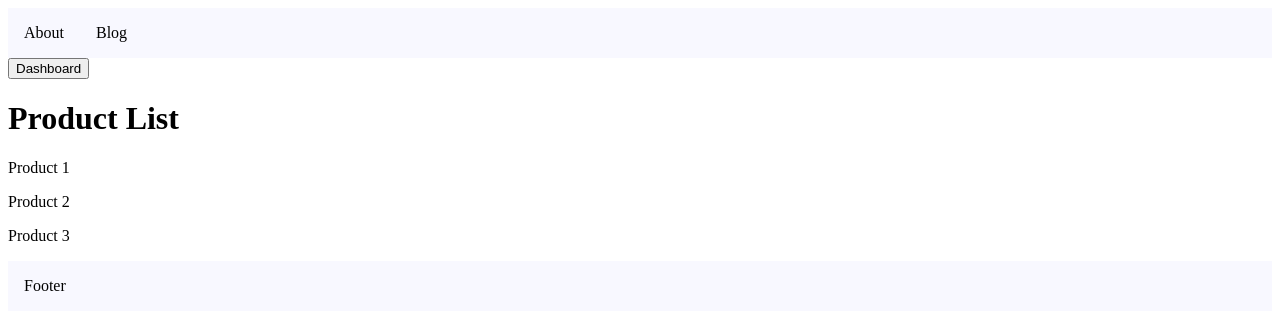
Repository: Mbote-Joseph/Nextjs-Learning
Page: /products
An editor plug-in stored every save of this project. The page is shown before and after the next save, followed by the edit.
The browser window is 1280 px wide. The pictures show the whole page.
The project was rebuilt for these pictures with package versions that can differ from the ones it lists, and the page was loaded fresh each time. The framework's server and built-in components were replaced by stand-ins that run in the browser. Also part of the build but not shown: next.config.mjs, src/app/header.css.

Above is the page before, as saved 2024-09-17 17:53:54.

After the next save:
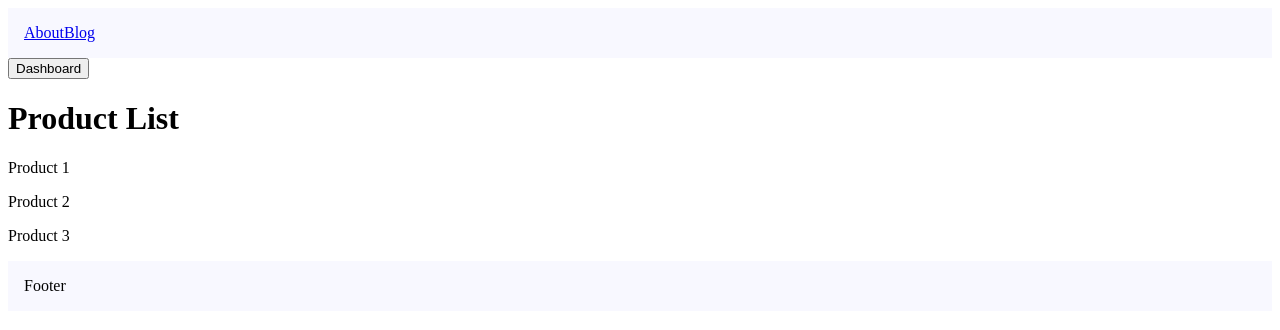
Saved 47 s later.
--- a/src/app/header.tsx
+++ b/src/app/header.tsx
@@ -1,23 +1,14 @@
 import Link from 'next/link'
+import './header.css'
 export default function Header() {
     return (
         <header className="header" style={{
             backgroundColor: "ghostwhite",
             padding: "1rem",
         }}>
-            <Link style={{
-                color: "black",
-                textDecoration: "none",
-                fontSize: "1rem",
-                marginRight: "2rem"
-            }} href="/about">About</Link>
-            <Link style={{
-                color: "black",
-                textDecoration: "none",
-                fontSize: "1rem",
-                marginRight: "2rem"
-            }}
-             href="/blog">Blog</Link>
+            <Link href="/about">About</Link>
+            <Link href="/blog">Blog</Link>
+
 
         </header>
     )
